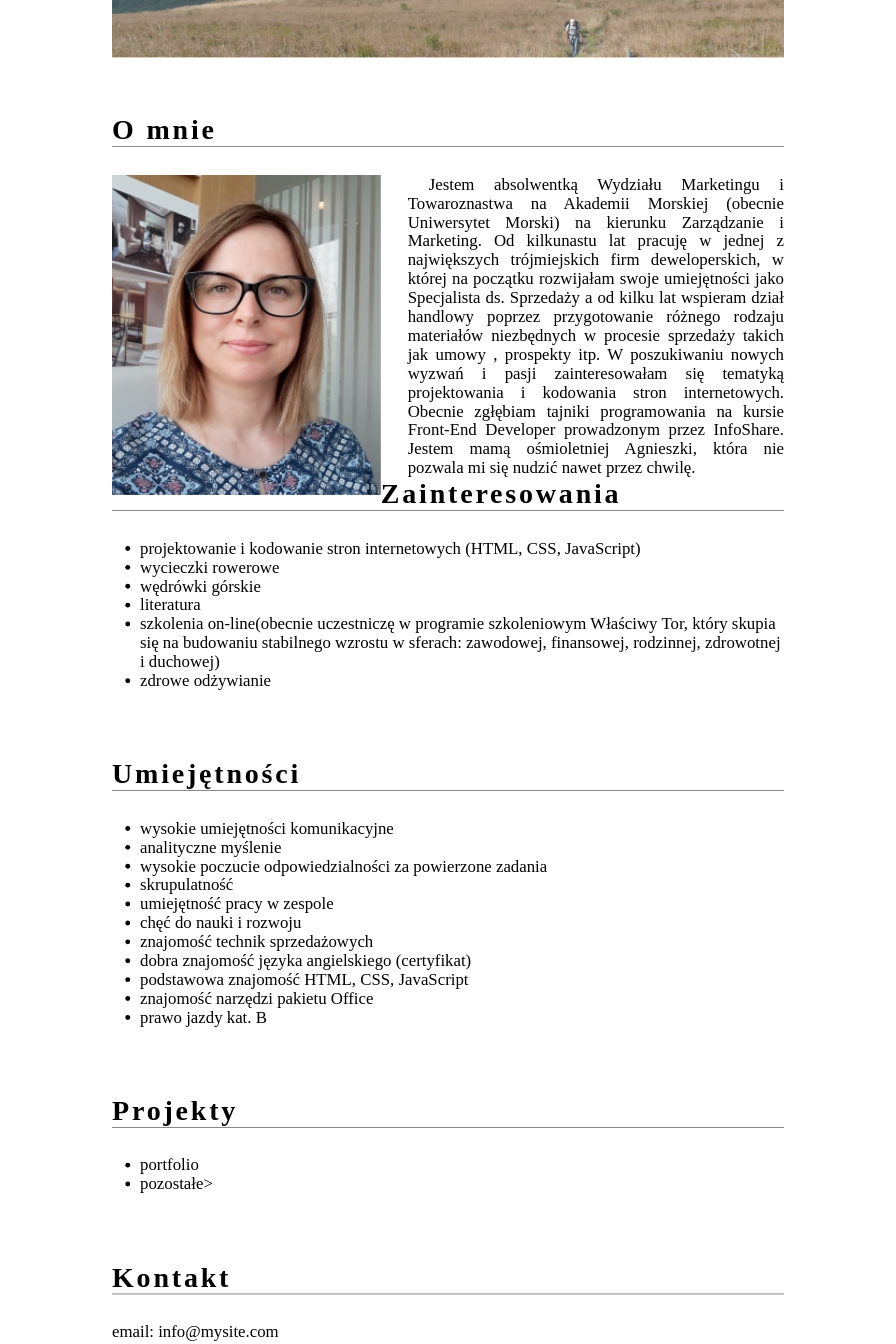
Repository: MagJaw/portfolio
Page: portfolio.html
An editor plug-in stored every save of this project. The page is shown before and after the next save, followed by the edit.
The browser window is 1280 px wide. The pictures show the part of the page from y = 640 to 2560 px (the page is 2631 px tall before and 2550 px after), at 70% of full size.

Above is the page before, as saved 2018-11-12 22:07:43.

After the next save:
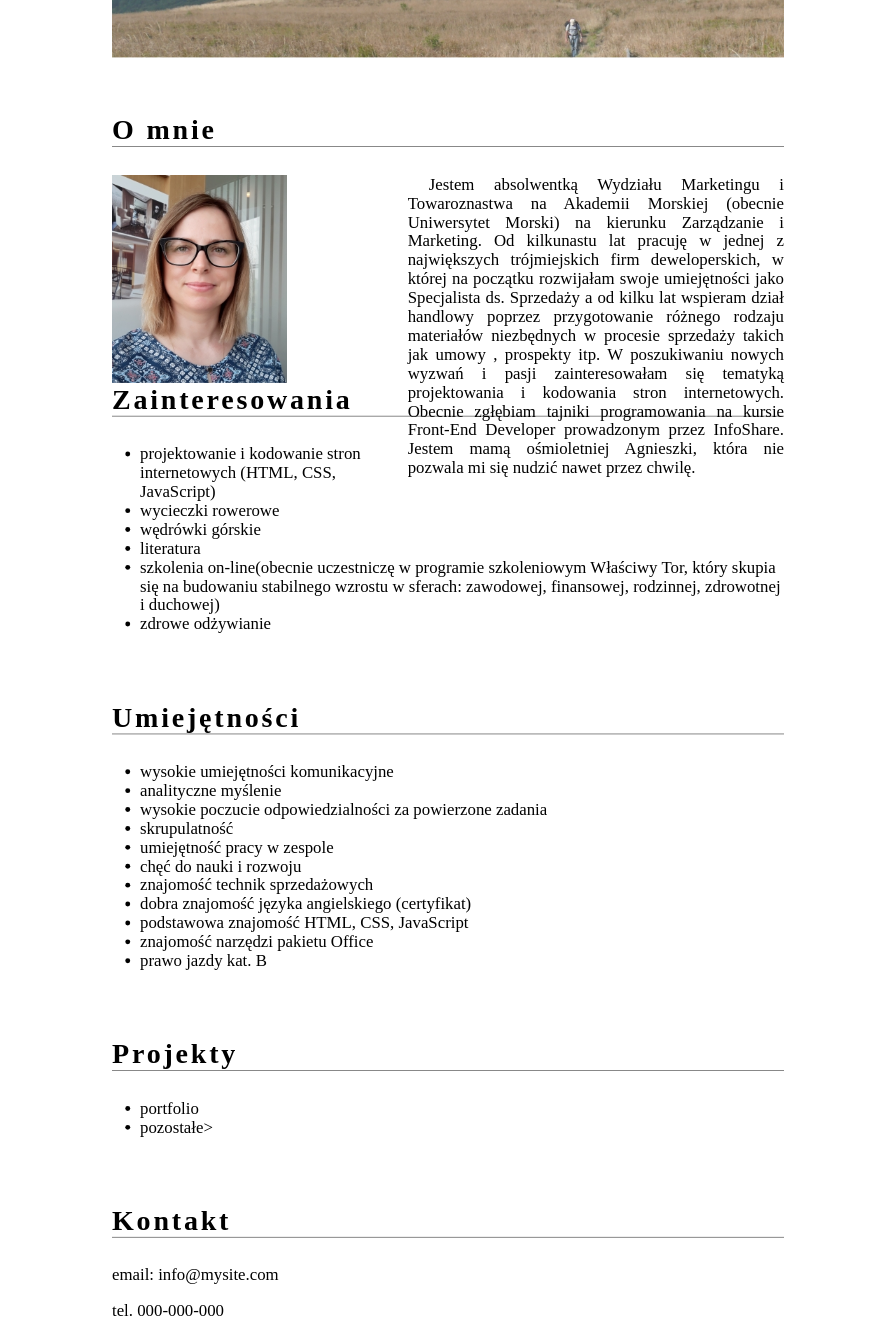
Saved 9 min 28 s later.
--- a/main.css
+++ b/main.css
@@ -65,7 +65,7 @@ margin-bottom: 1em;
 
 .my__photo {
 float: left;
-width:40%
+padding-right: 10px;
 }
 
 #history {
